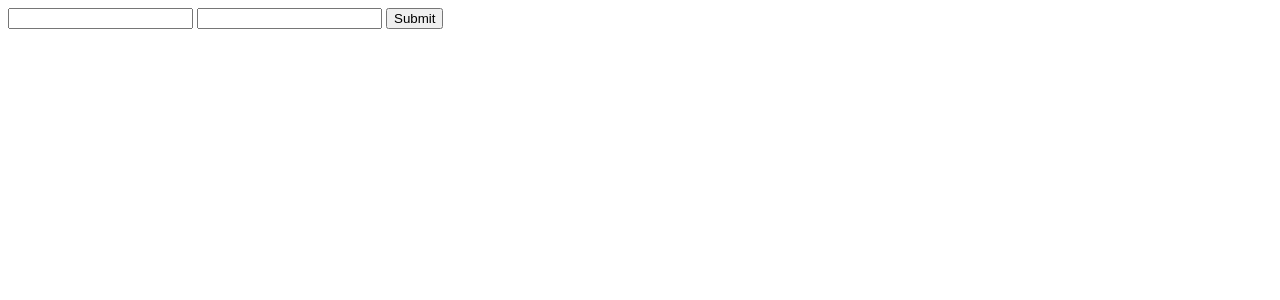
Repository: keshubro/Servlet-JSP
Page: http://localhost/LoginApp/login.jsp
These files come from the project's save history. The page is drawn as it stood at one moment and after the next save; the edit follows.
The browser window is 1280 px wide. The pictures show the whole page.
The page is served by Tomcat 9. Other server files are loaded and not shown.

Above is the page before, as saved 2018-10-20 08:14:44.

### LoginApp/WebContent/login.jsp
<%@ page language="java" contentType="text/html; charset=ISO-8859-1"
    pageEncoding="ISO-8859-1"%>
<!DOCTYPE html>
<html>
<head>
<meta charset="ISO-8859-1">
<title>Login Page</title>
</head>
<body>
	<form method="post" action="">
		<input type="text" name="userId" />
		<input type="password" name="password" />
		<input type="submit" />
	</form>
</body>
</html>

After the next save:
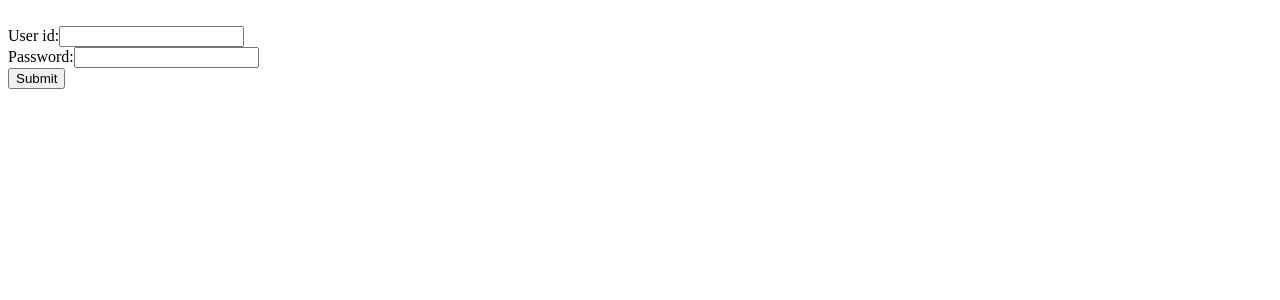
Saved 67 s later.
--- a/LoginApp/WebContent/login.jsp
+++ b/LoginApp/WebContent/login.jsp
@@ -8,9 +8,9 @@
 </head>
 <body>
 	<form method="post" action="">
-		<input type="text" name="userId" />
-		<input type="password" name="password" />
-		<input type="submit" />
+		<br>User id:<input type="text" name="userId" />
+		<br>Password:<input type="password" name="password" />
+		<br><input type="submit" />
 	</form>
 </body>
 </html>
